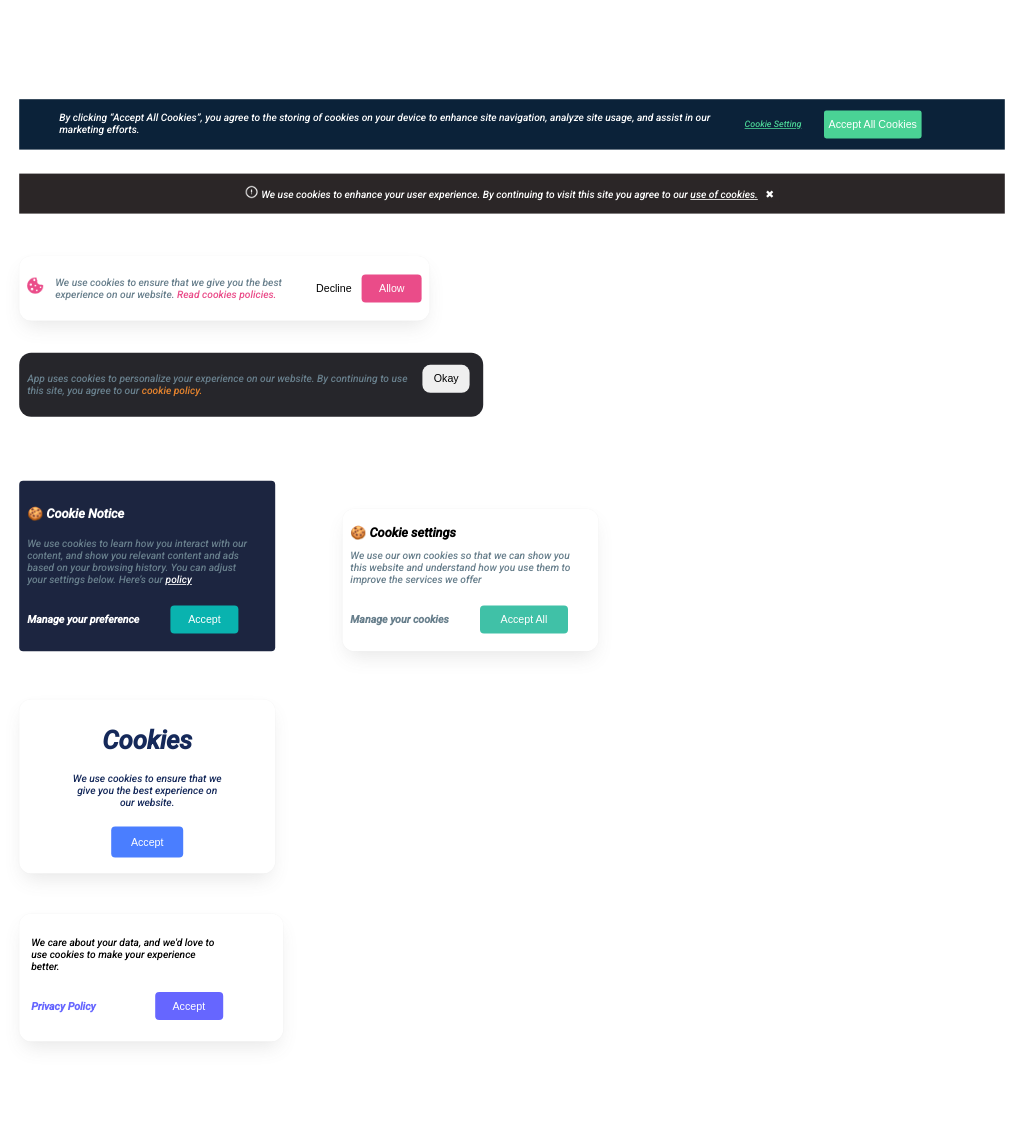
Repository: batonAnton/cursor_cookies_lectr3
Page: index.html
These files come from the project's save history. The page is drawn as it stood at one moment and after the next save; the edit follows.
The browser window is 1280 px wide. The pictures show the whole page, at 80% of full size.

Above is the page before, as saved 2022-06-01 15:10:32.

After the next save:
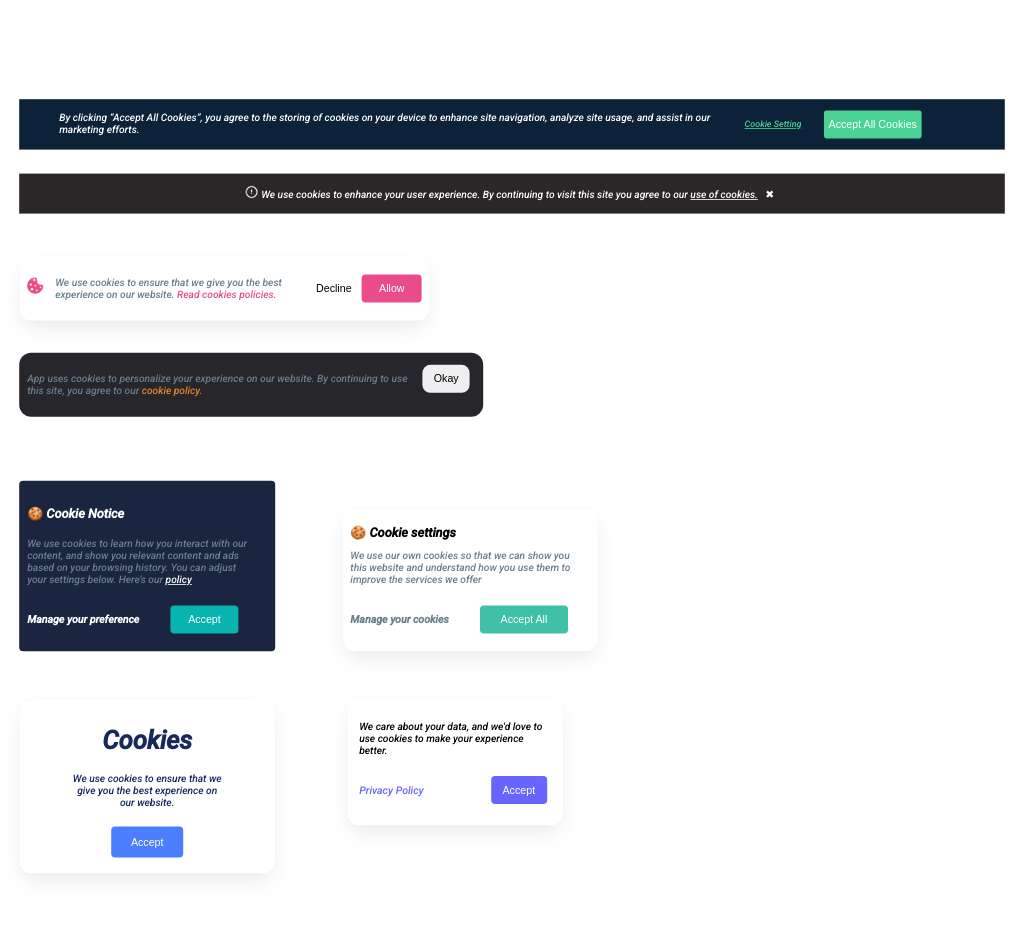
Saved 5 min 52 s later.
--- a/css/style.css
+++ b/css/style.css
@@ -222,33 +222,35 @@ p {
   margin: 10px 0 10px 0;
 }
 
-.banner_8{
-    padding: 15px;
+.banner_8 {
+  padding: 15px;
   background: #ffffff;
   box-shadow: 0px 12px 24px -6px rgba(96, 96, 96, 0.15),
     0px 0px 1px rgba(96, 96, 96, 0.1);
   display: block;
-  width: 300px;
+  width: 240px;
   border-radius: 15px;
   margin-top: 50px;
-
-}
-
-.banner_8 p{
-    color: #000000;
-}
-
-.banner_8 h5{
-    color: #6666FF ;
-}
-
-.banner_8 button{
-    background-color: #6666FF;
-    border-radius: 5px;
-    border: none;
-    margin-left: 70px;
-    text-transform: capitalize;
-    height: 35px;
-    width: 85px;
-    color: #ffffff;
-}
+  margin-top: -220px;
+  margin-left: 410px;
+}
+
+.banner_8 p {
+  color: #000000;
+}
+
+.banner_8 h5 {
+  color: #6666ff;
+  font-weight: 500;
+}
+
+.banner_8 button {
+  background-color: #6666ff;
+  border-radius: 5px;
+  border: none;
+  margin-left: 80px;
+  text-transform: capitalize;
+  height: 35px;
+  width: 70px;
+  color: #ffffff;
+}
